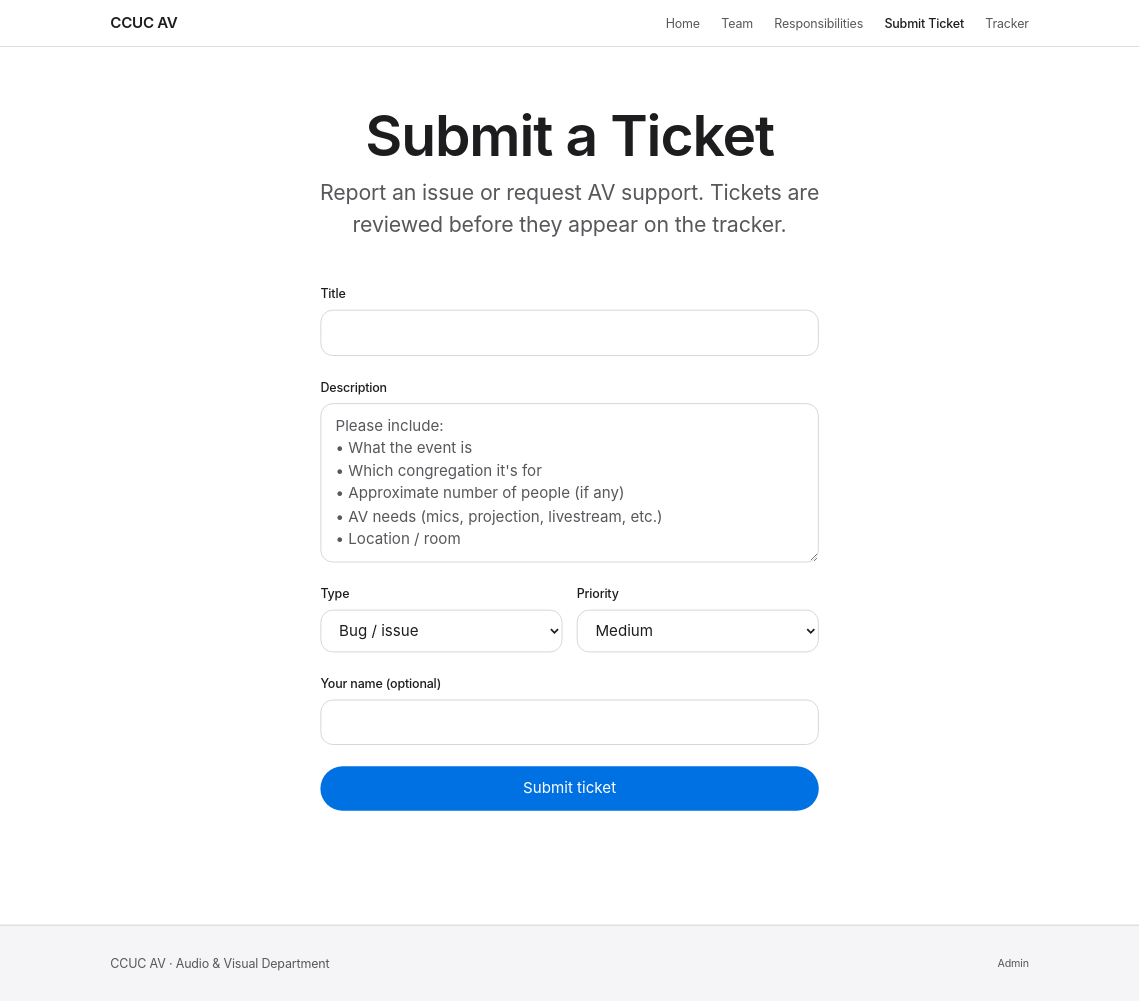
Repository: fakebrianho/ccuc_av
Page: /submit
The author's editor kept a copy of each file at every save. The page is drawn from the files as they stood at one save, then again after the next save.
The browser window is 1280 px wide. The pictures show the whole page, at 89% of full size.
The project was rebuilt for these pictures with package versions that can differ from the ones it lists, and the page was loaded fresh each time. The framework's server and built-in components were replaced by stand-ins that run in the browser. Also part of the build but not shown: next.config.mjs.

Above is the page before, as saved 2026-10-04 09:34:02.

After the next save:
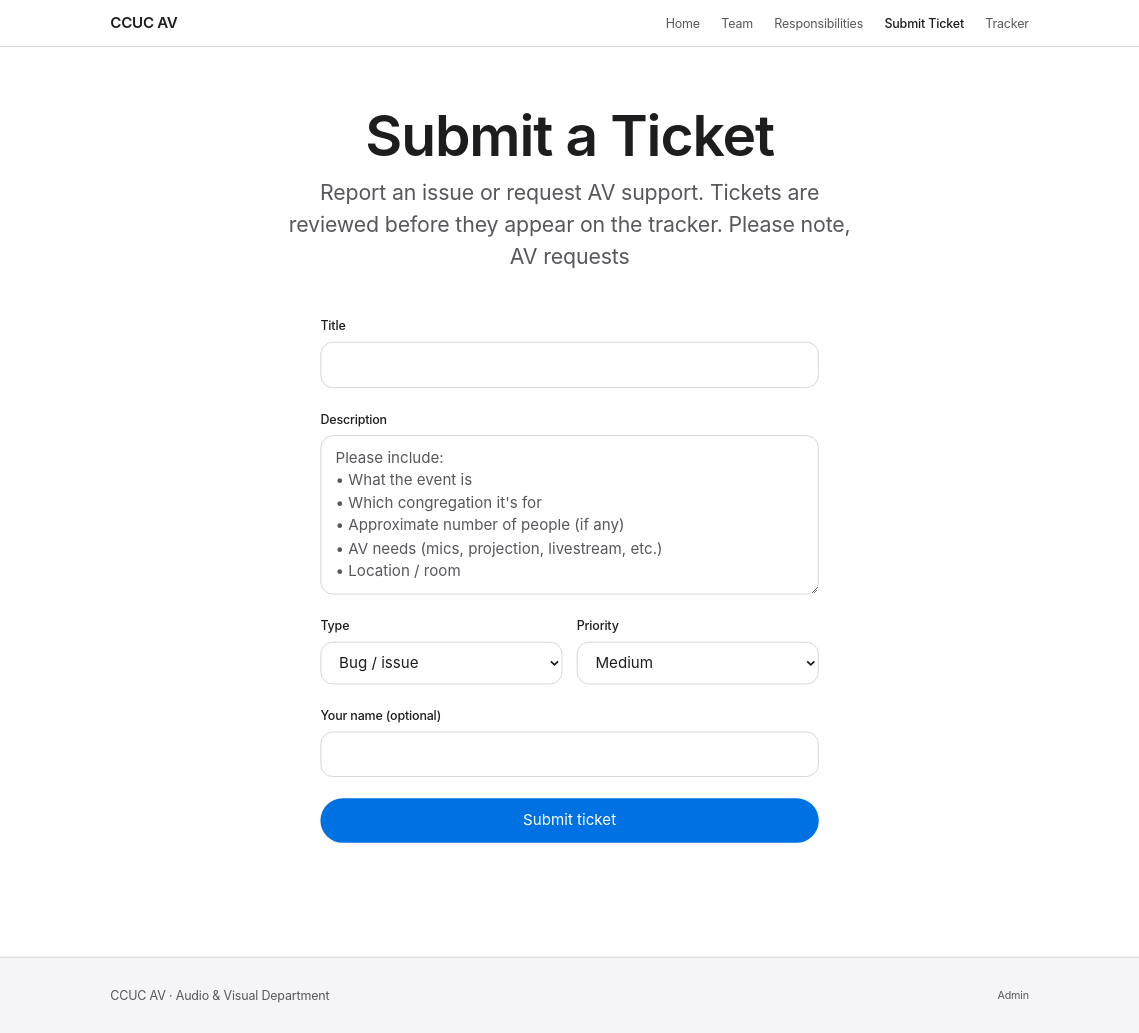
Saved 9 s later.
--- a/src/app/submit/page.js
+++ b/src/app/submit/page.js
@@ -10,7 +10,7 @@ export default function SubmitPage() {
         <h1 className={styles.title}>Submit a Ticket</h1>
         <p className={styles.sub}>
           Report an issue or request AV support. Tickets are reviewed before
-          they appear on the tracker.
+          they appear on the tracker. Please note, AV requests
         </p>
       </header>
       <TicketForm />
